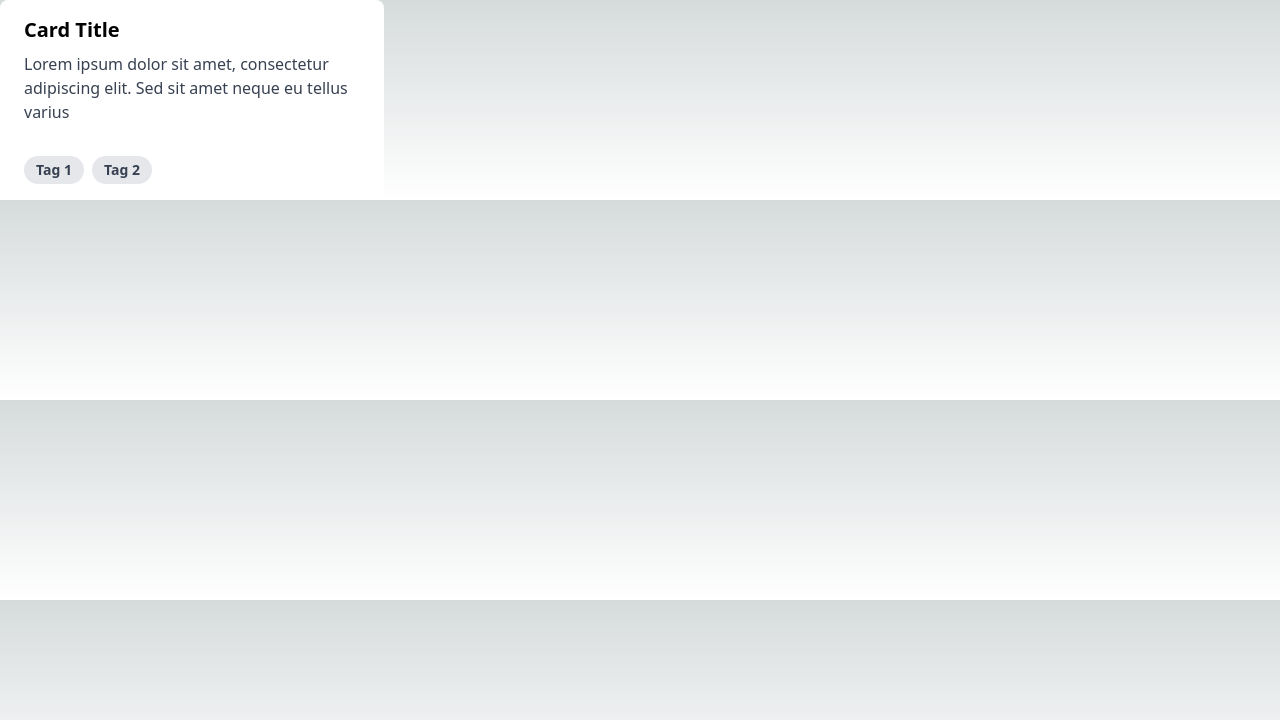
Repository: vaishnavikshylaji/next-js-portfolio
Page: /dashboard
The author's editor kept a copy of each file at every save. The page is drawn from the files as they stood at one save, then again after the next save.
The browser window is 1280 px wide. The pictures show the whole page.
The project was rebuilt for these pictures with package versions that can differ from the ones it lists, and the page was loaded fresh each time. The framework's server and built-in components were replaced by stand-ins that run in the browser. Also part of the build but not shown: next.config.js.

Above is the page before, as saved 2023-07-24 17:27:09.

After the next save:
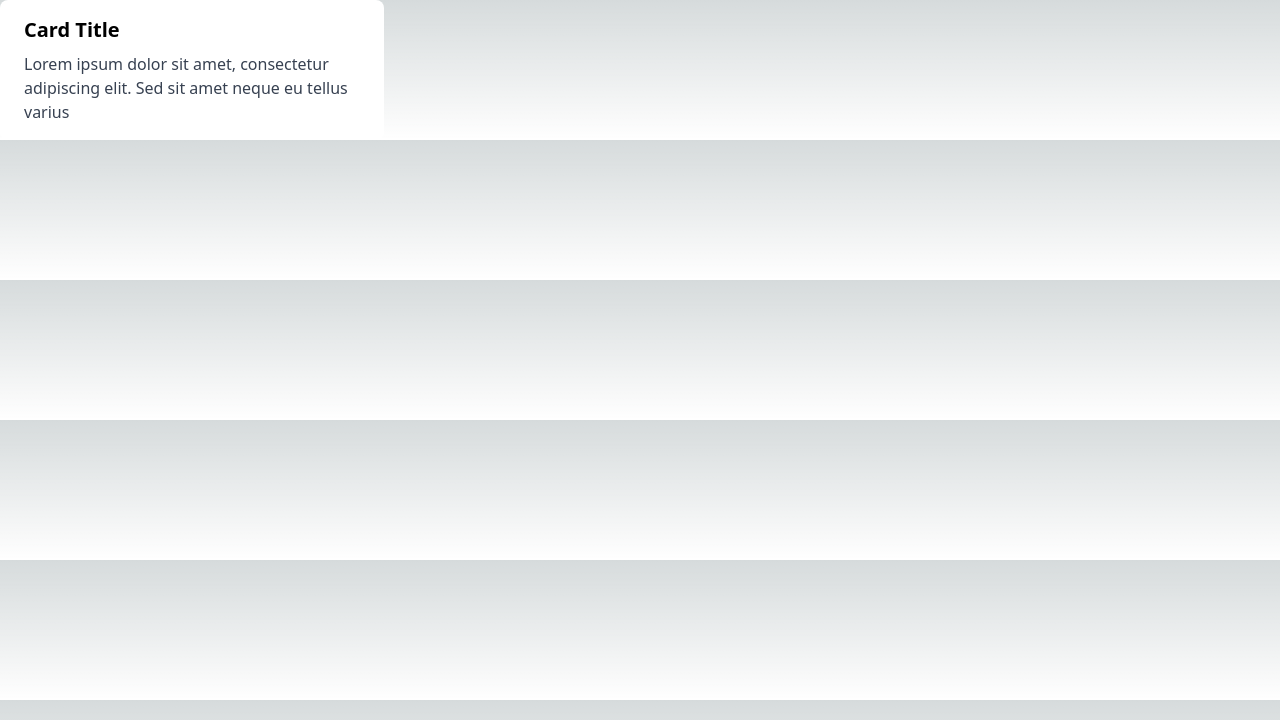
Saved 11 s later.
--- a/app/dashboard/page.tsx
+++ b/app/dashboard/page.tsx
@@ -8,14 +8,7 @@ export default function Page() {
           neque eu tellus varius
         </p>
       </div>
-      <div className="px-6 py-4">
-        <span className="inline-block bg-gray-200 rounded-full px-3 py-1 text-sm font-semibold text-gray-700 mr-2">
-          Tag 1
-        </span>
-        <span className="inline-block bg-gray-200 rounded-full px-3 py-1 text-sm font-semibold text-gray-700">
-          Tag 2
-        </span>
-      </div>
+
     </div>
   );
 }
